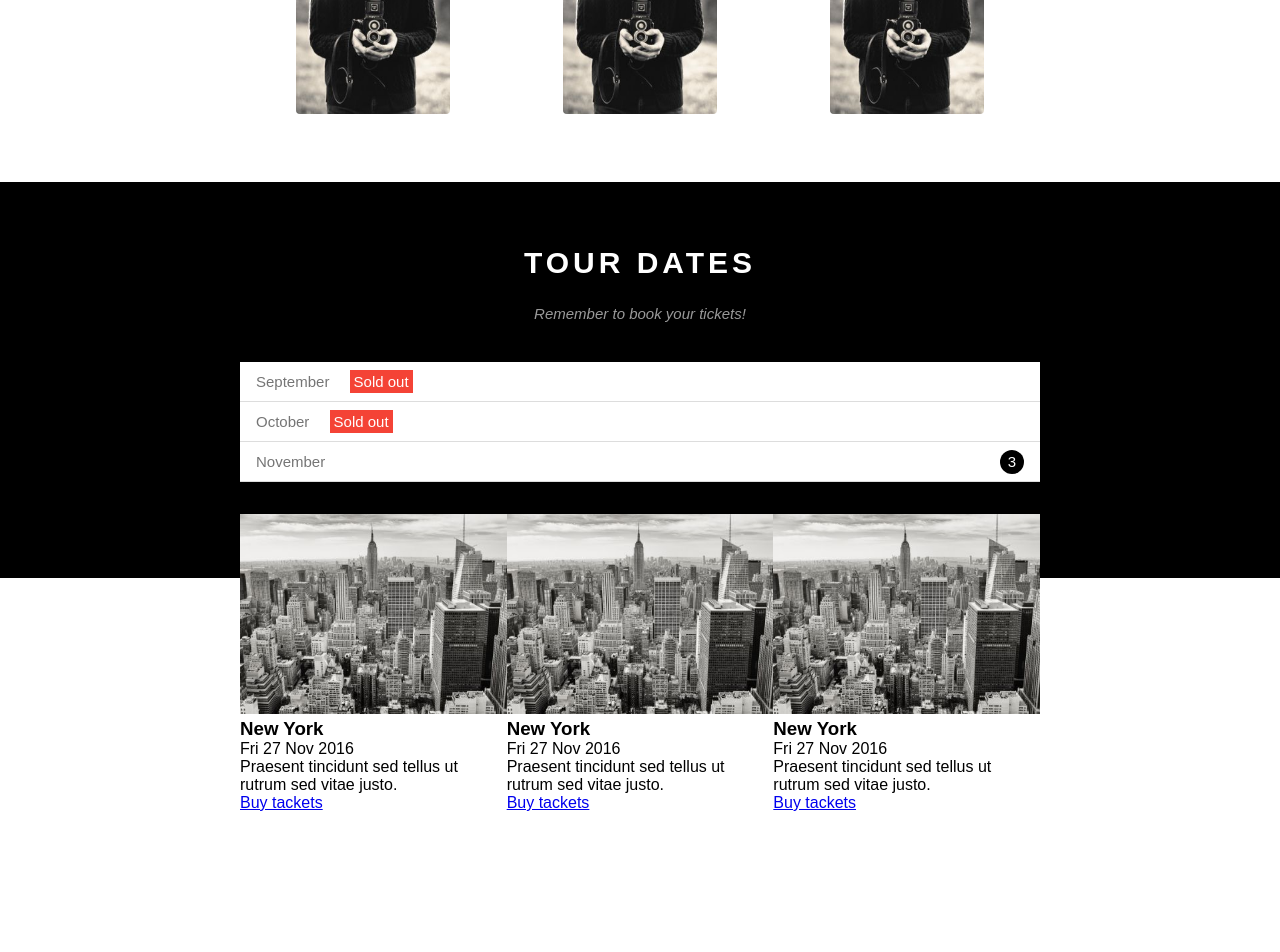
Repository: Phunobita/The-band-w3school
Page: index.html
An editor plug-in stored every save of this project. The page is shown before and after the next save, followed by the edit.
The browser window is 1280 px wide. The pictures show the part of the page from y = 761 to 1713 px (the page is 1713 px tall before and 1701 px after).
A picture or video elsewhere on the page could not be fetched, so the positions and the page height are approximate.

Above is the page before, as saved 2021-12-02 22:29:47.

After the next save:
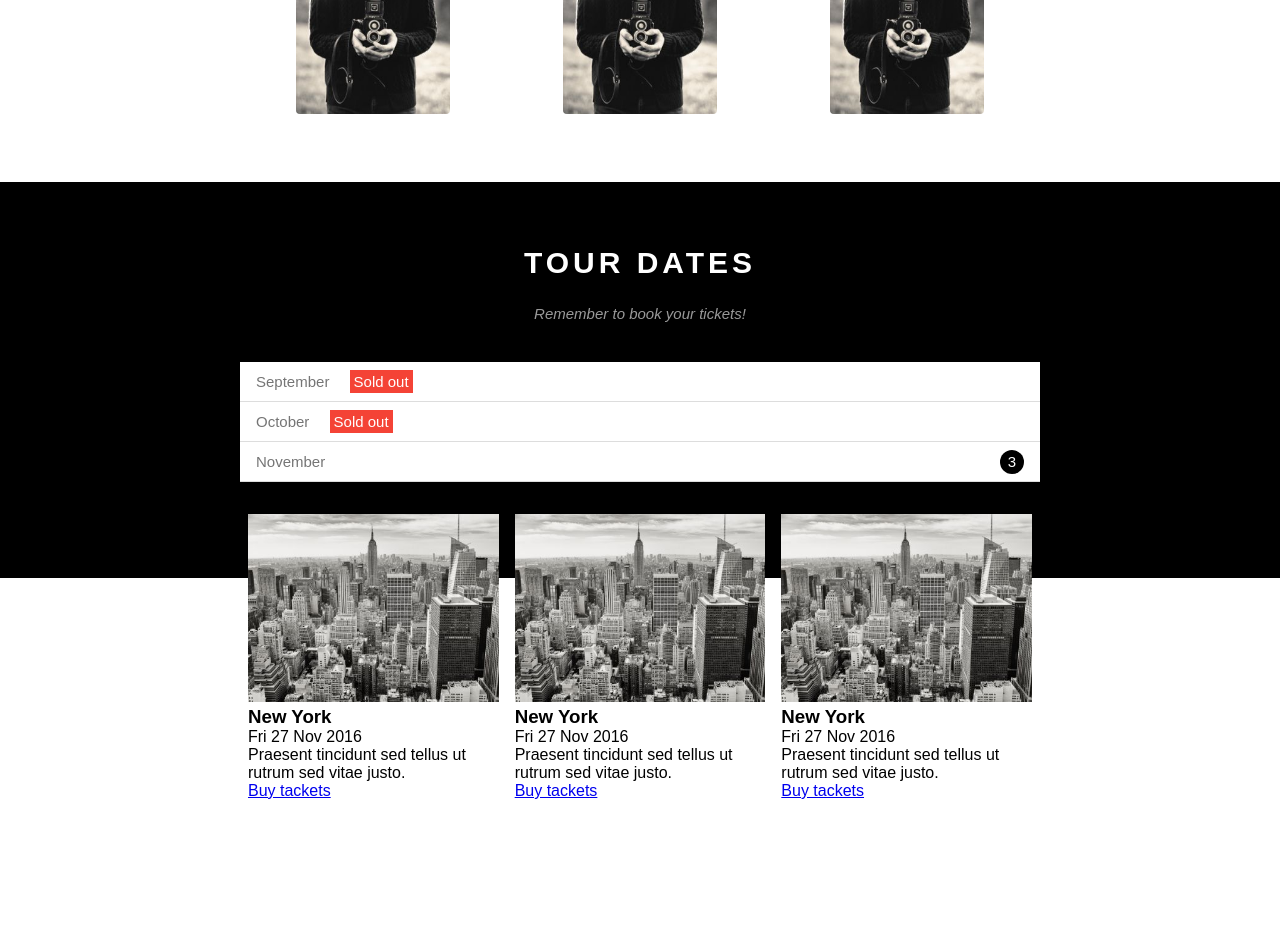
Saved 47 s later.
--- a/assets/css/style.css
+++ b/assets/css/style.css
@@ -192,6 +192,7 @@
 .place__list-item {
   float: left;
   width: 33.3333%;
+  padding: 0 8px;
 }
 .place__img {
   width: 100%;
